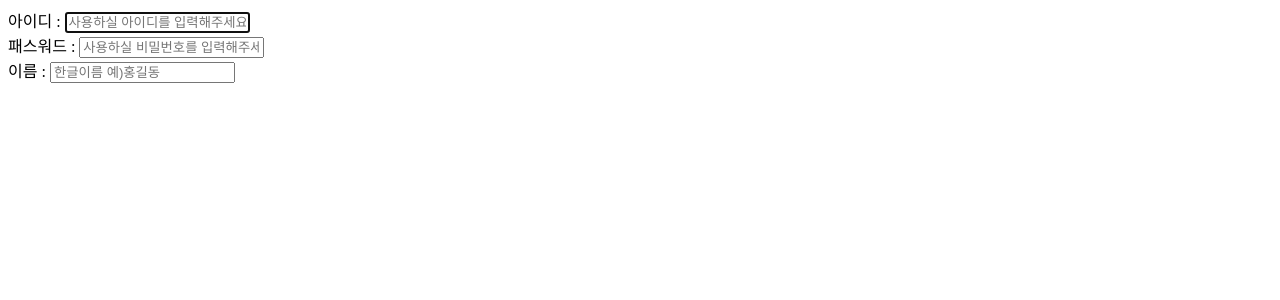
Repository: AHJ2616/Java
Page: http://localhost/board-jsp/Practice/register_member.jsp
An editor plug-in stored every save of this project. The page is shown before and after the next save, followed by the edit.
The browser window is 1280 px wide. The pictures show the whole page.
The page is served by Tomcat 9. Other server files are loaded and not shown.

Above is the page before, as saved 2024-07-25 03:35:47.

### jsp_workspace/board-jsp/src/main/webapp/Practice/register_member.jsp
<%@ page language="java" contentType="text/html; charset=UTF-8"
    pageEncoding="UTF-8"%>
<!DOCTYPE html>
<html>
<head>
<meta charset="UTF-8">
<title>회원가입</title>
</head>
<body>
<div id="register_member_menu">
<form method="post" action="register_member2.jsp">
아이디 : <input type="text" autofocus="autofocus" required="required" placeholder="사용하실 아이디를 입력해주세요" /><br>
패스워드 : <input type="password" required="required" placeholder="사용하실 비밀번호를 입력해주세요"/><br>
이름 : <input type="text" required="required" placeholder="한글이름 예)홍길동" /><br>

</form>
</div>
</body>
</html>

After the next save:
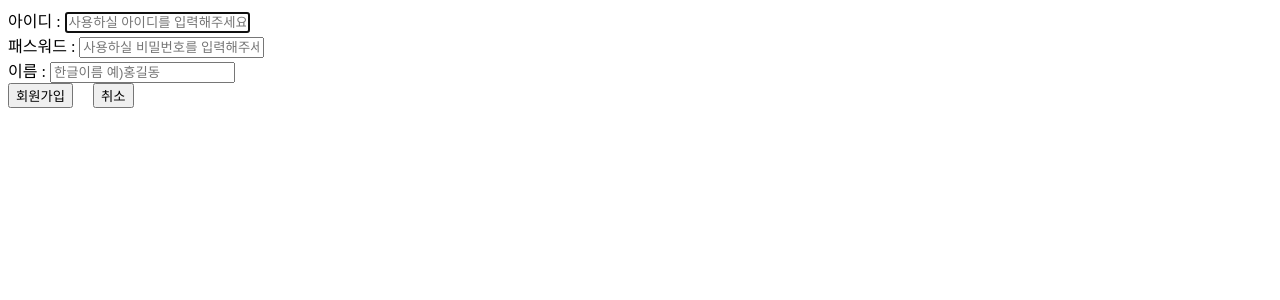
Saved 111 s later.
--- a/jsp_workspace/board-jsp/src/main/webapp/Practice/register_member.jsp
+++ b/jsp_workspace/board-jsp/src/main/webapp/Practice/register_member.jsp
@@ -12,7 +12,8 @@
 아이디 : <input type="text" autofocus="autofocus" required="required" placeholder="사용하실 아이디를 입력해주세요" /><br>
 패스워드 : <input type="password" required="required" placeholder="사용하실 비밀번호를 입력해주세요"/><br>
 이름 : <input type="text" required="required" placeholder="한글이름 예)홍길동" /><br>
-
+<input type="submit" value="회원가입"/> &nbsp;&nbsp;&nbsp;
+<input type="reset" value="취소" />
 </form>
 </div>
 </body>
